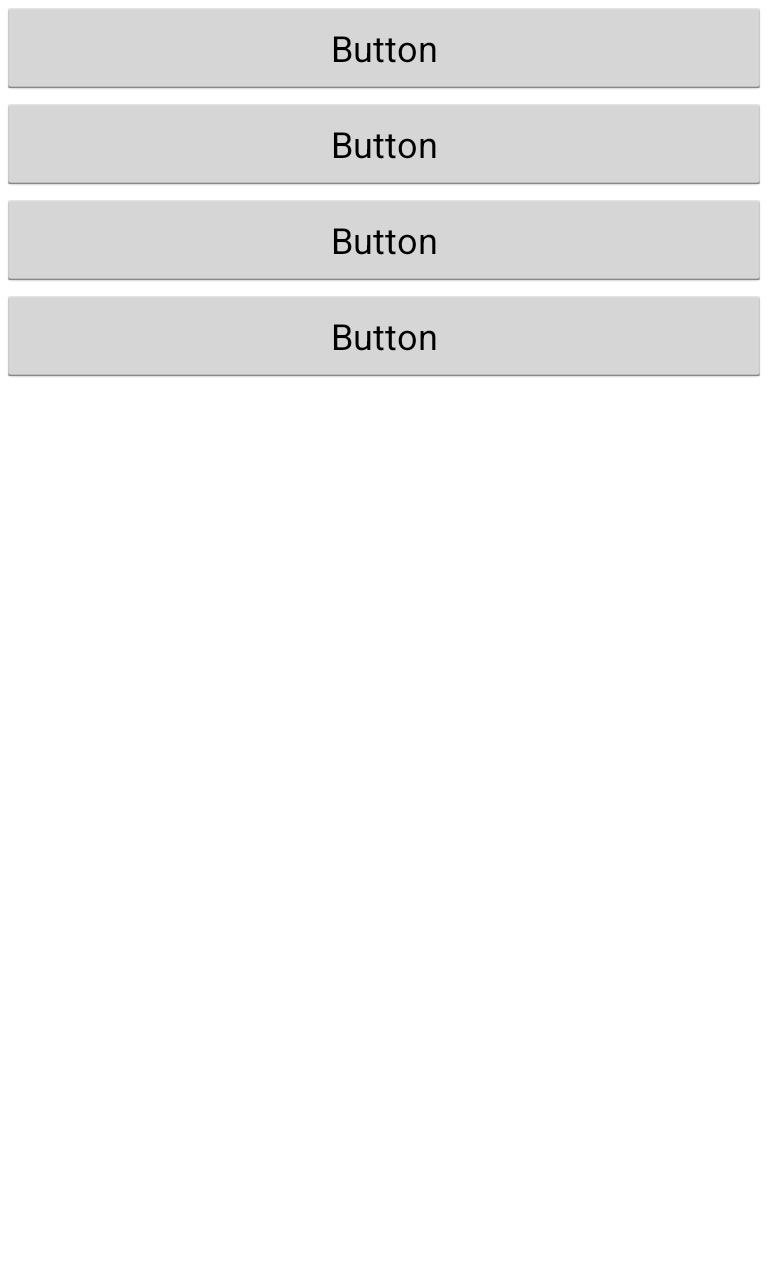
Repository: HGtz2222/LearningAndroid
Layout: test1/Calc/res/layout/calcActivity.xml
An editor plug-in stored every save of this project. The layout is shown before and after the next save, followed by the edit.
It is drawn on a 768 x 1280 px phone screen (xhdpi) without system bars, with theme AppTheme; the app's code is not run.

Above is the layout before, as saved 2014-09-15 07:28:36.

### test1/Calc/res/layout/calcActivity.xml
<TableLayout xmlns:android="http://schemas.android.com/apk/res/android"
    android:id="@+id/TableLayout1"
    android:layout_width="fill_parent"
    android:layout_height="fill_parent" >

    <Button
        android:id="@+id/button1"
        android:layout_width="wrap_content"
        android:layout_height="wrap_content"
        android:text="Button" />

    <Button
        android:id="@+id/button2"
        android:layout_width="wrap_content"
        android:layout_height="wrap_content"
        android:text="Button" />

    <Button
        android:id="@+id/button3"
        android:layout_width="wrap_content"
        android:layout_height="wrap_content"
        android:text="Button" />

    <Button
        android:id="@+id/button4"
        android:layout_width="wrap_content"
        android:layout_height="wrap_content"
        android:text="Button" />

</TableLayout>

Loaded but not shown: test1/Calc/res/values/styles.xml (common file); test1/Calc/res/values-v11/styles.xml (common file); test1/Calc/res/values-v14/styles.xml (common file)

After the next save:
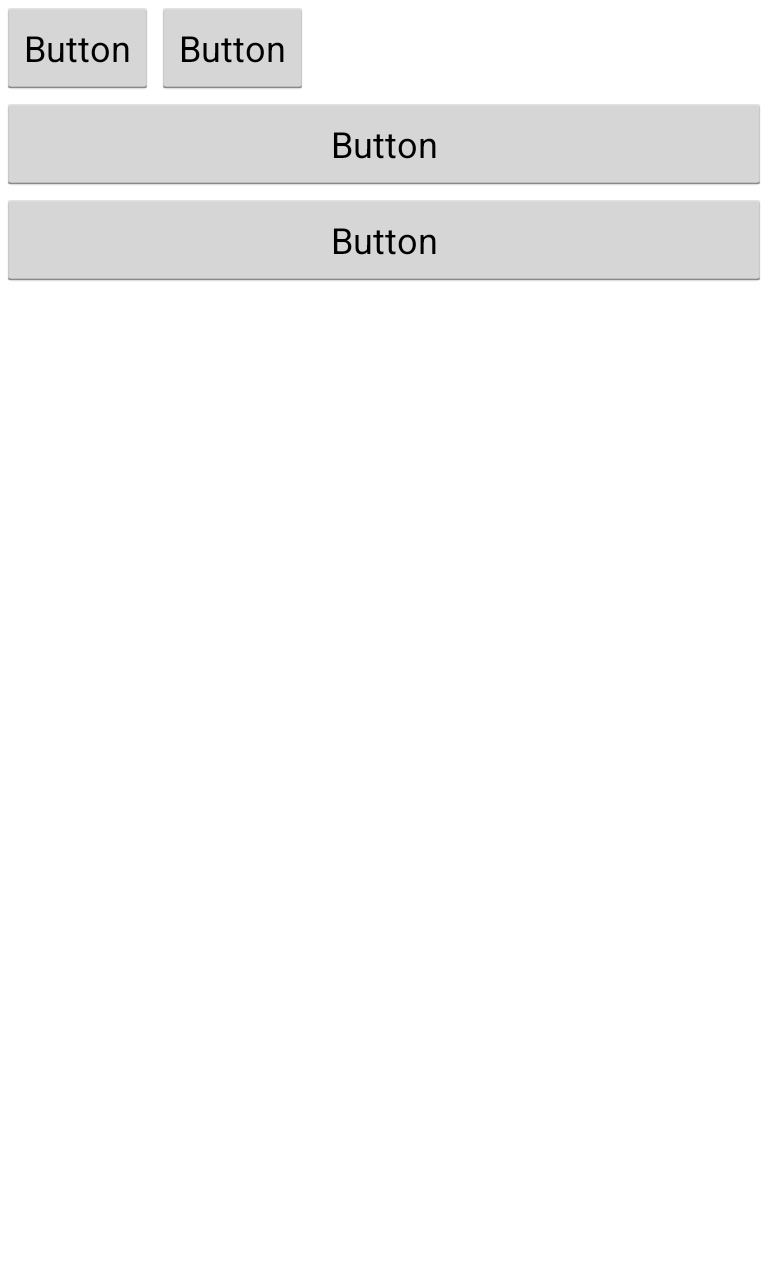
Saved 98 s later.
--- a/test1/Calc/res/layout/calcActivity.xml
+++ b/test1/Calc/res/layout/calcActivity.xml
@@ -3,17 +3,23 @@
     android:layout_width="fill_parent"
     android:layout_height="fill_parent" >
 
-    <Button
-        android:id="@+id/button1"
+    <TableRow
+        android:id="@+id/tableRow1"
         android:layout_width="wrap_content"
-        android:layout_height="wrap_content"
-        android:text="Button" />
+        android:layout_height="wrap_content" >
 
-    <Button
-        android:id="@+id/button2"
-        android:layout_width="wrap_content"
-        android:layout_height="wrap_content"
-        android:text="Button" />
+        <Button
+            android:id="@+id/button1"
+            android:layout_width="wrap_content"
+            android:layout_height="wrap_content"
+            android:text="Button" />
+
+        <Button
+            android:id="@+id/button2"
+            android:layout_width="wrap_content"
+            android:layout_height="wrap_content"
+            android:text="Button" />
+    </TableRow>
 
     <Button
         android:id="@+id/button3"
